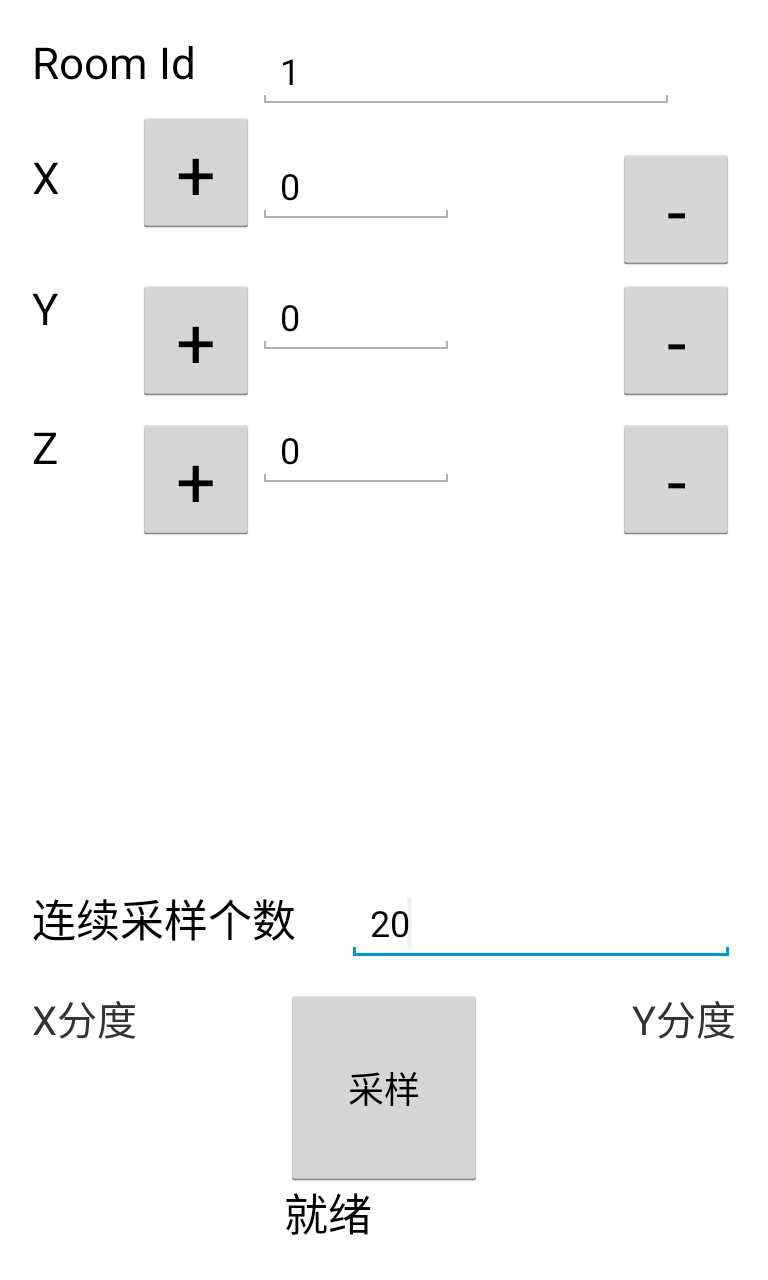
Repository: RenchuSong/tMap_Android
Layout: tmap_model_tool/res/layout/wifi_conllector.xml
The author's editor kept a copy of each file at every save. The layout is drawn from the files as they stood at one save, then again after the next save.
It is drawn on a 768 x 1280 px phone screen (xhdpi) without system bars, with theme AppTheme; the app's code is not run.

Above is the layout before, as saved 2014-04-21 11:38:44.

After the next save:
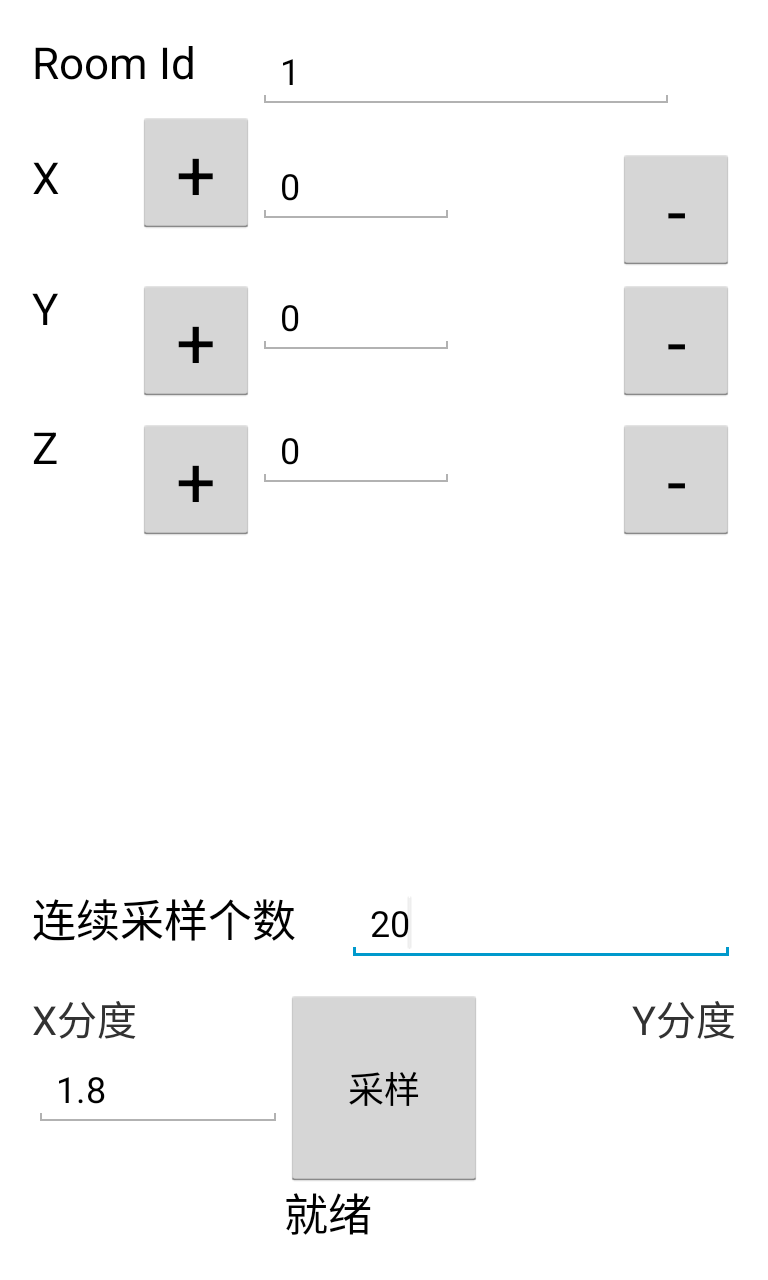
Saved 2 min 1 s later.
--- a/tmap_model_tool/res/layout/wifi_conllector.xml
+++ b/tmap_model_tool/res/layout/wifi_conllector.xml
@@ -205,4 +205,14 @@
         android:text="Y分度"
         android:textSize="20sp" />
 
+    <EditText
+        android:id="@+id/editText1"
+        android:layout_width="wrap_content"
+        android:layout_height="wrap_content"
+        android:layout_alignBaseline="@+id/scan"
+        android:layout_alignBottom="@+id/scan"
+        android:layout_toLeftOf="@+id/scan"
+        android:ems="10"
+        android:text="1.8" />
+
 </RelativeLayout>

After the 2 saves that followed:
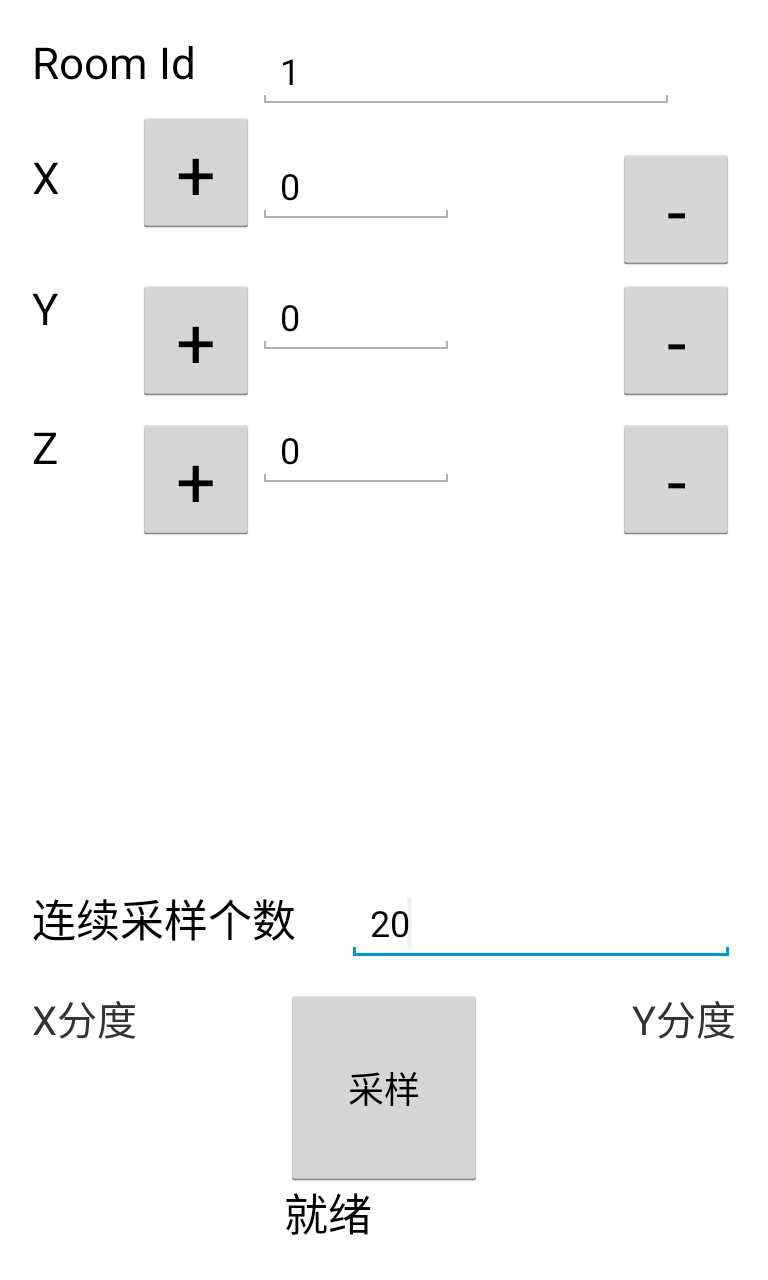
The 2 saves are shown as one change because 1 left the picture as it was.
The last was saved 80 s later.
--- a/tmap_model_tool/res/layout/wifi_conllector.xml
+++ b/tmap_model_tool/res/layout/wifi_conllector.xml
@@ -205,14 +205,4 @@
         android:text="Y分度"
         android:textSize="20sp" />
 
-    <EditText
-        android:id="@+id/editText1"
-        android:layout_width="wrap_content"
-        android:layout_height="wrap_content"
-        android:layout_alignBaseline="@+id/scan"
-        android:layout_alignBottom="@+id/scan"
-        android:layout_toLeftOf="@+id/scan"
-        android:ems="10"
-        android:text="1.8" />
-
 </RelativeLayout>
